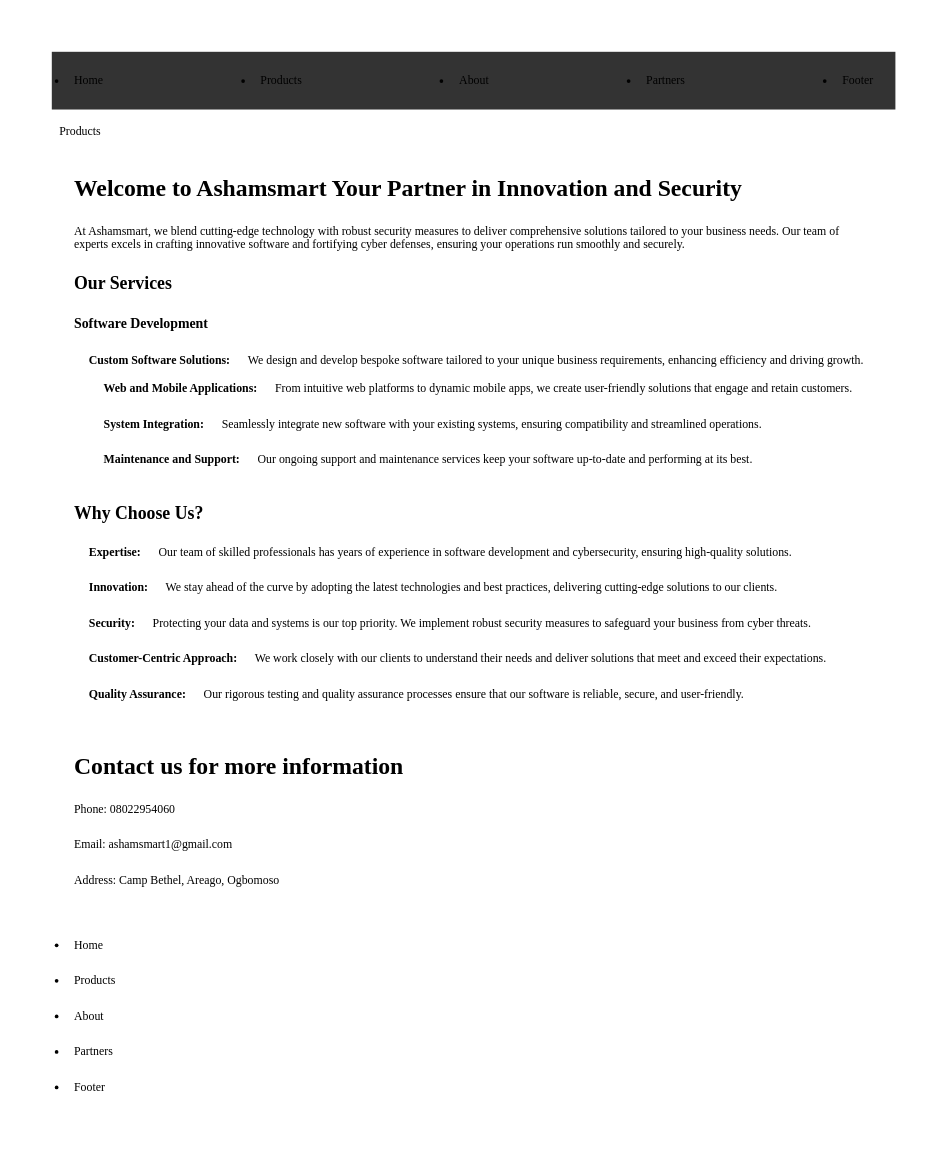
Repository: Alphosmart/firstassignment
Page: /
These files come from the project's save history. The page is drawn as it stood at one moment and after the next save; the edit follows.
The browser window is 1280 px wide. The pictures show the whole page, at 74% of full size.
The project was rebuilt for these pictures with package versions that can differ from the ones it lists, and the page was loaded fresh each time. Also part of the build but not shown: vite.config.js.

Above is the page before, as saved 2024-08-12 18:56:50.

### src/App.jsx
// import React from 'react'

import Navigation from './components/Navigation/Navigation';
// import HeroSection from './components/Herosection/HeroSection';
import Products from './components/Products/Products';
import About from './components/Navigation/About/About';
import Partners from './components/Partners/Partners';
import Footer from './components/Footer/Footer';

const App = () => {
  return (
    <>
      <Navigation />
      {/* <HeroSection /> */}
      <Products />
      <About />
      <Partners />
      <Footer />
    </>
  );
};

export default App;

### src/index.css
* {
  margin: 10px;
  padding: 10px;
  box-sizing: border-box;
}

.navbar {
  display: flex;
  justify-content: space-between;
  align-items: center;
  background-color: #333;
  /* padding: 10px 20px; */
}

/* Logo Styling */
.logo {
  color: white;
  font-size: 24px;
  font-weight: bold;
}

### src/components/Navigation/Navigation.jsx
// import React from 'react'

const Navigation = () => {
  return (
    <>
      <ul className="navbar">
        <li>Home</li>
        <li>Products</li>
        <li>About</li>
        <li>Partners</li>
        <li>Footer</li>
      </ul>
    </>
  );
};

export default Navigation;

### src/components/Products/Products.jsx
// import React from 'react'

const Products = () => {
  return <div>Products</div>;
};

export default Products;

### src/components/Navigation/About/About.jsx
// import React from 'react';

const About = () => {
  return (
    <>
      <div>
        <h1>Welcome to Ashamsmart Your Partner in Innovation and Security</h1>
        <p>
          At Ashamsmart, we blend cutting-edge technology with robust security
          measures to deliver comprehensive solutions tailored to your business
          needs. Our team of experts excels in crafting innovative software and
          fortifying cyber defenses, ensuring your operations run smoothly and
          securely.
        </p>

        <h2>Our Services</h2>
        <h3>Software Development</h3>
        <p>
          <b>Custom Software Solutions: </b>We design and develop bespoke
          software tailored to your unique business requirements, enhancing
          efficiency and driving growth.
          <p>
            <b>Web and Mobile Applications:</b> From intuitive web platforms to
            dynamic mobile apps, we create user-friendly solutions that engage
            and retain customers.
          </p>
          <p>
            <b>System Integration:</b> Seamlessly integrate new software with
            your existing systems, ensuring compatibility and streamlined
            operations.
          </p>
          <p>
            <b>Maintenance and Support:</b> Our ongoing support and maintenance
            services keep your software up-to-date and performing at its best.
          </p>
        </p>

        <h2>Why Choose Us?</h2>
        <p>
          <b>Expertise:</b> Our team of skilled professionals has years of
          experience in software development and cybersecurity, ensuring
          high-quality solutions.
        </p>
        <p>
          <b>Innovation:</b> We stay ahead of the curve by adopting the latest
          technologies and best practices, delivering cutting-edge solutions to
          our clients.
        </p>
        <p>
          <b>Security:</b> Protecting your data and systems is our top priority.
          We implement robust security measures to safeguard your business from
          cyber threats.
        </p>
        <p>
          <b>Customer-Centric Approach:</b> We work closely with our clients to
          understand their needs and deliver solutions that meet and exceed
          their expectations.
        </p>
        <p>
          <b>Quality Assurance:</b> Our rigorous testing and quality assurance
          processes ensure that our software is reliable, secure, and
          user-friendly.
        </p>
      </div>
    </>
  );
};

export default About;

### src/components/Partners/Partners.jsx
// import React from 'react';

const Partners = () => {
  return (
    <>
      <div>
        <h1>Contact us for more information</h1>
        <p>Phone: 08022954060</p>
        <p>Email: ashamsmart1@gmail.com</p>
        <p>Address: Camp Bethel, Areago, Ogbomoso</p>
      </div>
    </>
  );
};

export default Partners;

### src/components/Footer/Footer.jsx
// import React from 'react'

const Footer = () => {
  return (
    <>
      <ul>
        <li>Home</li>
        <li>Products</li>
        <li>About</li>
        <li>Partners</li>
        <li>Footer</li>
      </ul>
    </>
  );
};

export default Footer;

### src/components/Herosection/Herosection.jsx
// import React from 'react'

const HeroSection = () => {
  return (
    <div>
      <h1>Welcome</h1>
    </div>
  );
};

export default HeroSection;

Loaded but not shown: index.html (common file); src/main.jsx (common file)

After the next save:
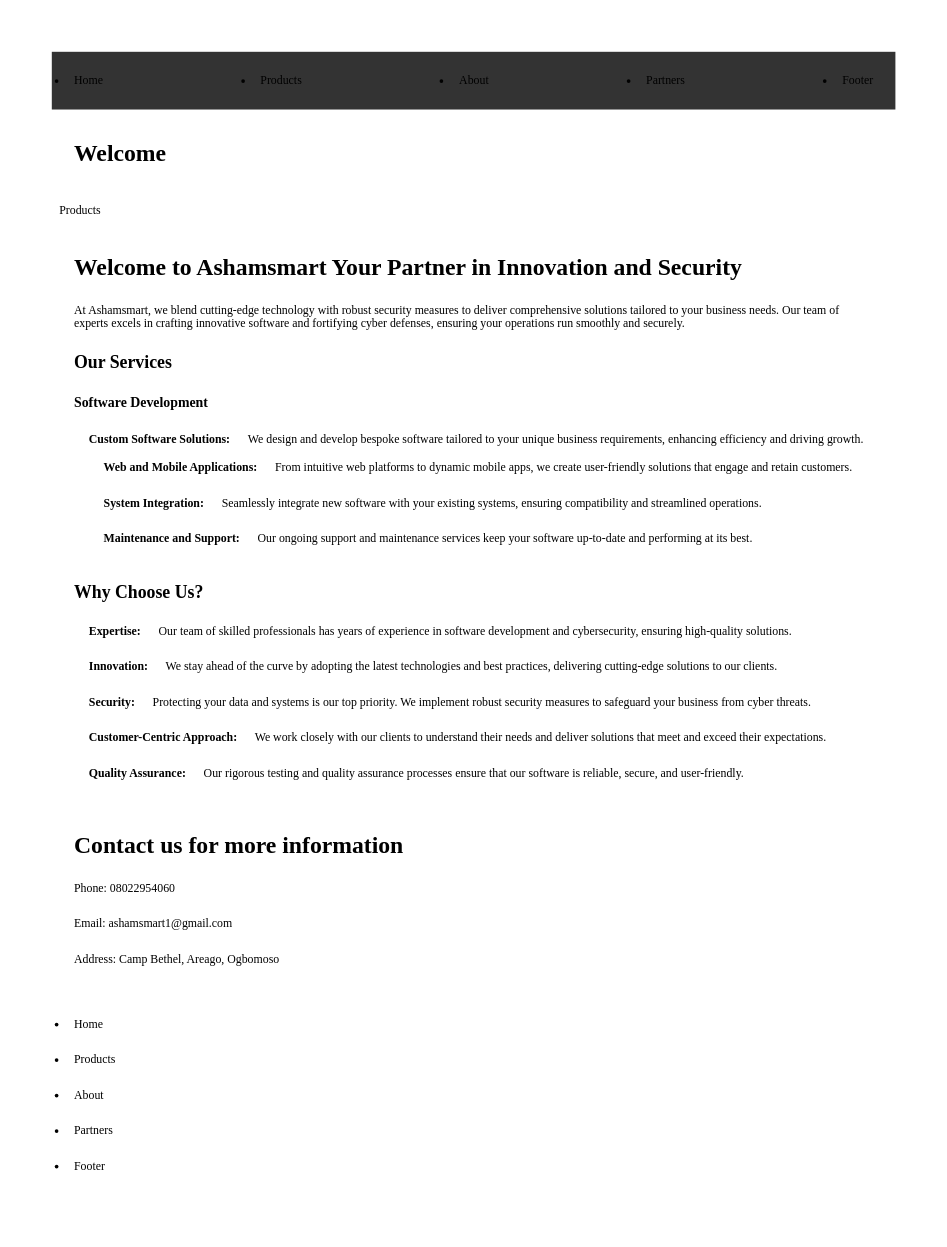
Saved 9 min 29 s later.
--- a/src/App.jsx
+++ b/src/App.jsx
@@ -1,17 +1,17 @@
 // import React from 'react'
 
 import Navigation from './components/Navigation/Navigation';
-// import HeroSection from './components/Herosection/HeroSection';
 import Products from './components/Products/Products';
 import About from './components/Navigation/About/About';
 import Partners from './components/Partners/Partners';
 import Footer from './components/Footer/Footer';
+import HeroSection from './components/Herosection/Herosection';
 
 const App = () => {
   return (
     <>
       <Navigation />
-      {/* <HeroSection /> */}
+      <HeroSection />
       <Products />
       <About />
       <Partners />
